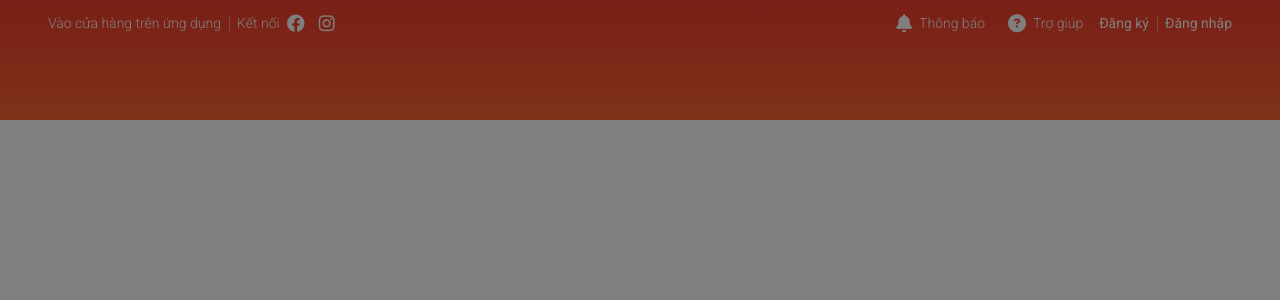
Repository: dptuyen1/F8-Tutorial
Page: index.html
The author's editor kept a copy of each file at every save. The page is drawn from the files as they stood at one save, then again after the next save.
The browser window is 1280 px wide. The pictures show the whole page.

Above is the page before, as saved 2023-05-09 09:21:41.

After the next save:
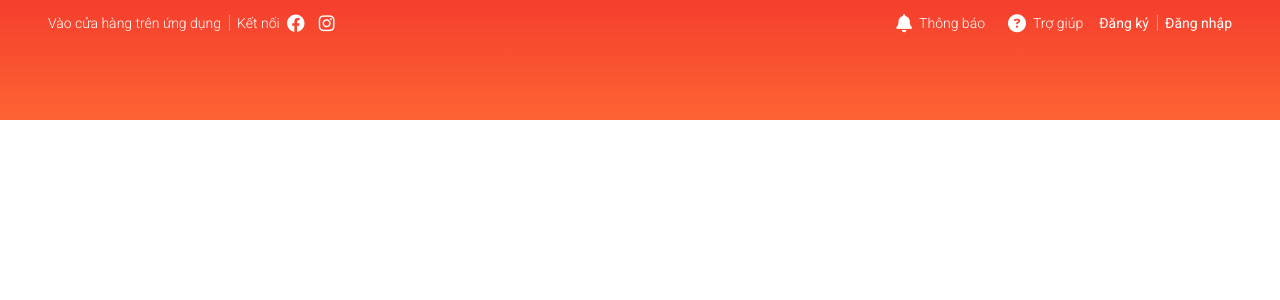
Saved 2 min 57 s later.
--- a/index.html
+++ b/index.html
@@ -167,13 +167,13 @@
     </div>
 
     <!-- Modal layout -->
-    <div class="modal">
+    <!-- <div class="modal">
       <div class="modal__overlay"></div>
       <div class="modal__body">
-        <!-- Authenticated Form -->
-
-        <!-- Register Form -->
-        <!-- <form class="auth-form">
+        Authenticated Form
+
+        Register Form
+        <form class="auth-form">
           <div class="auth-form__container">
             <div class="auth-form__header">
               <h3 class="auth_form__heading">Đăng ký</h3>
@@ -234,10 +234,10 @@
               <span class="auth-form__socials-label">Kết nối với Google</span>
             </a>
           </div>
-        </form> -->
-
-        <!-- Login Form -->
-        <!-- <form class="auth-form">
+        </form>
+
+        Login Form
+        <form class="auth-form">
           <div class="auth-form__container">
             <div class="auth-form__header">
               <h3 class="auth_form__heading">Đăng nhập</h3>
@@ -295,8 +295,8 @@
               >
             </a>
           </div>
-        </form> -->
+        </form>
       </div>
-    </div>
+    </div> -->
   </body>
 </html>
